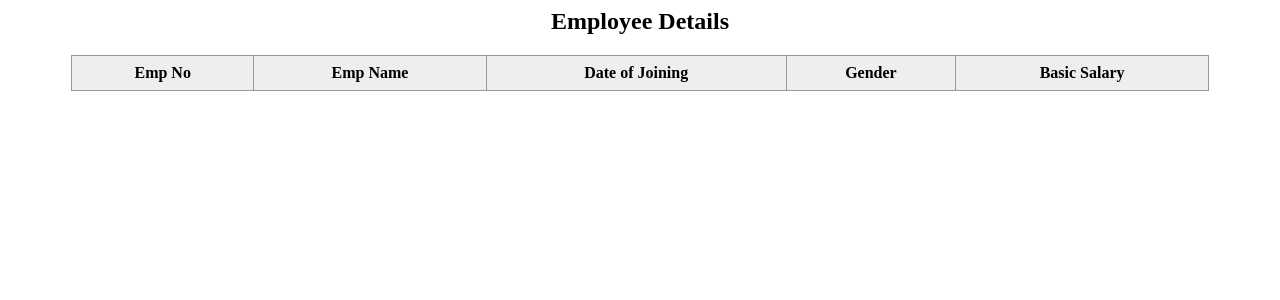
Repository: KUSUMA-74/Advance-JavaProject
Page: http://localhost/EmployeeWebApp/DisplayEmployeeServlet
These files come from the project's save history. The page is drawn as it stood at one moment and after the next save; the edit follows.
The browser window is 1280 px wide. The pictures show the whole page.
The page is served by Tomcat 9. Queries for data that is not in the repository find no rows.

Above is the page before, as saved 2025-05-30 06:27:24.

After the next save:
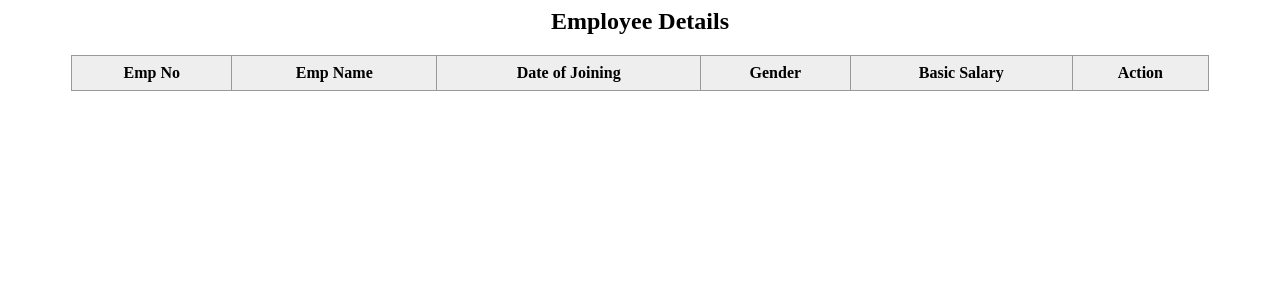
Saved 30 s later.
--- a/EmployeeWebApp/src/main/webapp/empdisplay.jsp
+++ b/EmployeeWebApp/src/main/webapp/empdisplay.jsp
@@ -23,15 +23,17 @@
         th {
             background-color: #eee;
         }
+        a.delete {
+            color: red;
+            text-decoration: none;
+        }
     </style>
 </head>
 <body>
 <h2 align="center">Employee Details</h2>
-
 <c:if test="${not empty msg}">
     <div class="msg">${msg}</div>
 </c:if>
-
 <table align="center">
     <thead>
     <tr>
@@ -40,6 +42,7 @@
         <th>Date of Joining</th>
         <th>Gender</th>
         <th>Basic Salary</th>
+        <th>Action</th>
     </tr>
     </thead>
     <tbody>
@@ -50,10 +53,10 @@
             <td>${emp.doj}</td>
             <td>${emp.gender}</td>
             <td>${emp.bsalary}</td>
+            <td><a href="DeleteEmployeeServlet?empno=${emp.empno}" class="delete">Delete</a></td>
         </tr>
     </c:forEach>
     </tbody>
 </table>
-
 </body>
 </html>
